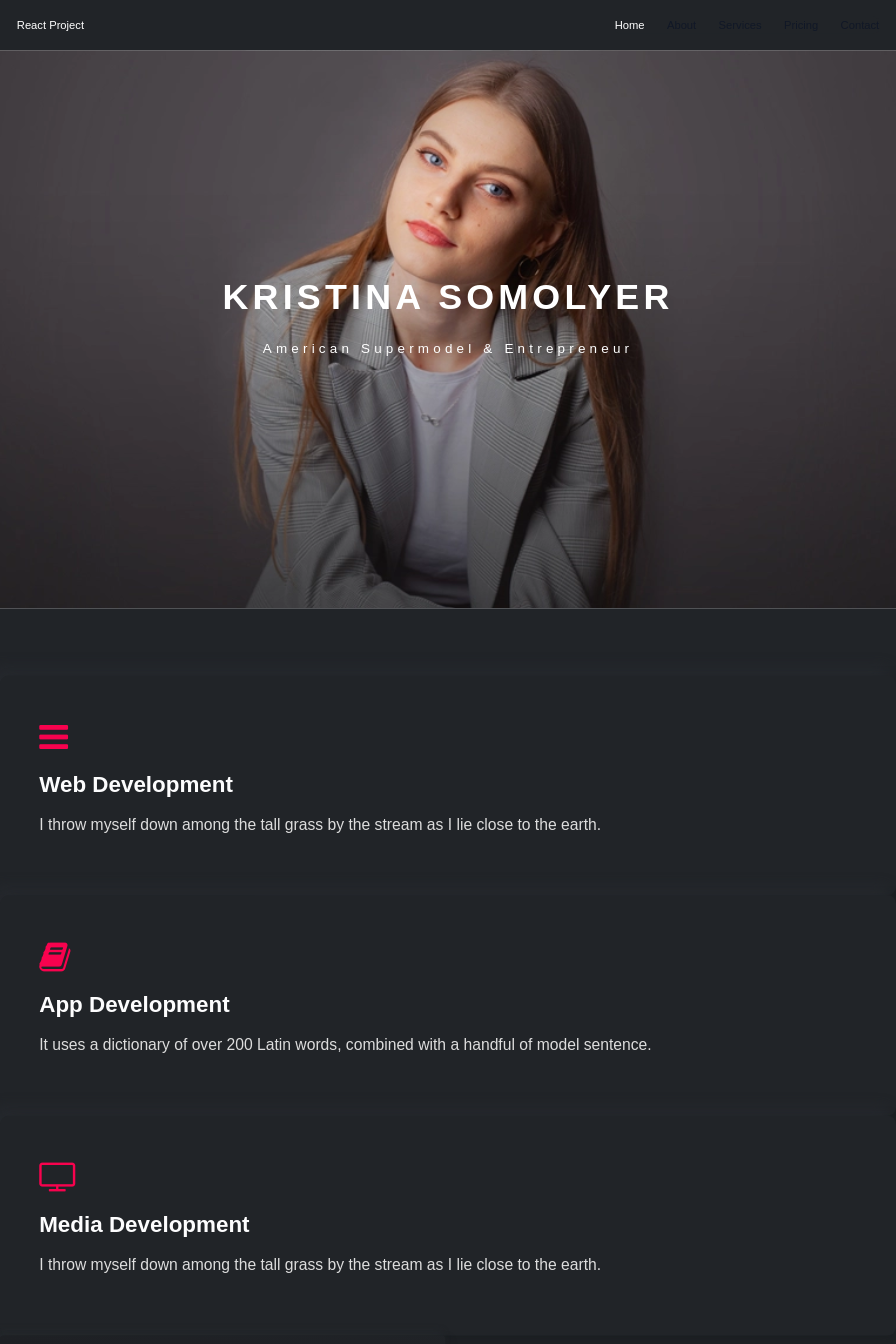
Repository: arminprogramme/inbio
Page: /
An editor plug-in stored every save of this project. The page is shown before and after the next save, followed by the edit.
The browser window is 1280 px wide. The pictures show the part of the page from y = 0 to 1920 px (the page is 3022 px tall before and 720 px after), at 70% of full size.
Some web libraries are served in a nearby version. The project was rebuilt for these pictures with package versions that can differ from the ones it lists, and the page was loaded fresh each time. Also part of the build but not shown: vite.config.js, src/Component/Body/PortFolio/Portfolio.css, src/Component/Body/PortFolio/PortFolio.jsx.

Above is the page before, as saved 2023-10-20 05:31:28.

### index.html
<!doctype html>
<html lang="en">

<head>
    <meta charset="UTF-8" />
    <link rel="icon" type="image/svg+xml" href="/vite.svg" />
    <link rel="stylesheet" href="https://cdnjs.cloudflare.com/ajax/libs/font-awesome/4.7.0/css/font-awesome.min.css">
    <link href="https://cdnjs.cloudflare.com/ajax/libs/flowbite/1.8.1/flowbite.min.css" rel="stylesheet" />
    <meta name="viewport" content="width=device-width, initial-scale=1.0" />
    <title>Vite + React</title>
</head>

<body>
    <div id="root"></div>
    <script src="https://cdnjs.cloudflare.com/ajax/libs/flowbite/1.8.1/flowbite.min.js"></script>
    <script type="module" src="/src/main.jsx"></script>
</body>

</html>

### src/App.jsx
import   { Component } from 'react';
import LandingPage from './Component/LandingPage.jsx'
import './App.css'

class App extends Component {


  render() {
    return (
    <div>
      <LandingPage />
    </div>
    );
  }


}

export default App;

### src/index.css
:root {
    font-family: Inter, system-ui, Avenir, Helvetica, Arial, sans-serif;
}

a {
    font-weight: 500;
    color: #646cff;
    text-decoration: inherit;
}

* {
    padding: 0;
    margin: 0;
    box-sizing: border-box;
}

@tailwind base;
@tailwind components;
@tailwind utilities;
a:hover {
    color: #535bf2;
}

body {
    margin: 0;
    font-family: 'Vazir', sans-serif;
}

h1 {
    font-size: 3.2em;
    line-height: 1.1;
}

@media (prefers-color-scheme: light) {
     :root {
        color: #213547;
        background-color: #ffffff;
    }
    a:hover {
        color: #747bff;
    }
    button {
        background-color: #f9f9f9;
    }
}

### src/Component/LandingPage.jsx
import  { Component } from 'react';
import Header from './Header/Header.jsx'
import Body from './Body/Body.jsx'
//import Footer from './Footer/Footer.jsx'
class LandingPage extends Component {
    render() {
        return (
            <div>
                <Header/>
                <Body/>

            </div>
        );
    }
}

export default LandingPage;

### src/Component/Header/Header.jsx
import  { Component } from 'react';
import NavBar from './Navbar.jsx'
import './Header.css'
class Header extends Component {
    render() {
        return (
            <div>
                <NavBar/>
                <div className="banner-header text-center">
                    <h1 className='font-bold text-white'>KRISTINA SOMOLYER</h1>
                    <p>American Supermodel & Entrepreneur</p>
                </div>
            </div>
        );
    }
}

export default Header;

### src/Component/Body/Body.jsx
import  { Component } from 'react';
import Services from './Services/Services.jsx'
import About from './About/About.jsx'
import PortFolio from './PortFolio/PortFolio.jsx'
import './Body.css'
class Body extends Component {
    render() {
        return (
            <>
            <div className='black-bg  '>
                <div className="limit-width">
                    <Services/>
                    <About/>
                </div>
                <div className="limit-width">


                </div>
            </div>
            </>
        );
    }
}

export default Body;

### src/Component/Header/Navbar.jsx
import  { Component } from 'react';

class Navbar extends Component {
    render() {
        return (
            <div>

<nav className=" black-bg">
  <div className=" flex flex-wrap items-center justify-between mx-auto p-6">
    <a href="https://.com/" className="flex items-center">
       <h2 className='text-white'>React Project</h2>
    </a>
    <button data-collapse-toggle="navbar-default" type="button"  className="inline-flex items-center p-2 w-10 h-10 justify-center text-sm text-white rounded-lg md:hidden " aria-controls="navbar-default" aria-expanded="false">
    <i className="fa fa-bars text-white"></i>

    </button>
    <div className="hidden w-full md:block md:w-auto" id="navbar-default">
      <ul className="font-medium flex flex-col p-4 md:p-0 mt-4 border border-gray-100 rounded-lg text-white md:flex-row md:space-x-8 md:mt-0 md:border-0 black-bg">
        <li>
          <a href="#" className="block py-2 pl-3 pr-4 text-white md:hover:text-gray-700 dark:text-white md:dark:hover:text-gray-500 rounded md:bg-transparent md:p-0 " aria-current="page">Home</a>
        </li>
        <li>
          <a href="#" className="block py-2 pl-3 pr-4 text-gray-900 rounded hover:bg-gray-100 md:hover:bg-transparent md:border-0 md:hover:text-gray-700 md:p-0 dark:text-white md:dark:hover:text-gray-500 dark:hover:bg-gray-700 dark:hover:text-white md:dark:hover:bg-transparent">About</a>
        </li>
        <li>
          <a href="#" className="block py-2 pl-3 pr-4 text-gray-900 rounded md:hover:text-gray-700 md:p-0 dark:text-white md:dark:hover:text-gray-500 dark:hover:bg-gray-700 dark:hover:text-white md:dark:hover:bg-transparent">Services</a>
        </li>
        <li>
          <a href="#" className="block py-2 pl-3 pr-4 text-gray-900 rounded hover:bg-gray-100 md:hover:bg-transparent md:border-0 md:hover:text-gray-700 md:p-0 dark:text-white md:dark:hover:text-gray-500 dark:hover:bg-gray-700 dark:hover:text-white md:dark:hover:bg-transparent">Pricing</a>
        </li>
        <li>
          <a href="#" className="block py-2 pl-3 pr-4 text-gray-900 rounded hover:bg-gray-100 md:hover:bg-transparent md:border-0md:hover:text-gray-700 md:p-0 dark:text-white md:dark:hover:text-gray-500 dark:hover:bg-gray-700 dark:hover:text-white md:dark:hover:bg-transparent">Contact</a>
        </li>
      </ul>
    </div>
  </div>
</nav>

            </div>
        );
    }
}

export default Navbar;

### src/Component/Header/Header.css
.black-bg {
    background-color: #212428;
}

.banner-header {
    background-image: url(../../../bg-image-12.webp);
    background-position: center;
    background-size: cover;
    padding: 20.25rem 0;
}

.banner-header h1 {
    letter-spacing: 6px;
    font-size: 3.2rem;
}

.banner-header p {
    letter-spacing: 6px;
    font-size: 1.2rem;
    padding: 2rem 0;
    color: #fff;
}

### src/Component/Body/Services/Services.jsx
import  { Component } from 'react';
import ServicesItem from './ServicesItem.jsx'
import './Services.css'
class Services extends Component {

    constructor(props){
        super(props)

        this.state = {
            services : [
                {id : 1 , icon : 'red-color fa fa-bars' , title : 'Web Development' , text : 'I throw myself down among the tall grass by the stream as I lie close to the earth.'},
                {id : 2 , icon : 'red-color fa fa-book' , title : 'App Development' , text : 'It uses a dictionary of over 200 Latin words, combined with a handful of model sentence.'},
                {id : 3 , icon : 'red-color fa fa-television' , title : 'Media Development' , text : 'I throw myself down among the tall grass by the stream as I lie close to the earth.'},
            ]
        }
    }
    render() {
        return (
            <div>
              <div className="grid  grid-cols-1 lg:grid-cols-3 gap-10">
              {this.state.services.map(services => {
                return <ServicesItem key={services.id} {...services} />
               })}
              </div>
            </div>
        );
    }
}

export default Services;

### src/Component/Body/About/About.jsx
import  { Component } from 'react';
import ButtonSpecial from '../Buttons/ButtonSpecial.jsx'
import   './About.css'
class About extends Component {

    constructor(props){
        super(props)

        this.state= {
            title : 'Download My CV'
        }
    }
    render() {
        return (
            <div>
                <div className="about-container my-52 grid grid-cols-1 lg:grid-cols-2 gap-2">
                    <div className="img-about">
                        <div className="inner-img-about">
                            <img src="about-5.webp" className='rounded' alt="" />
                        </div>
                    </div>
                    <div className="content-about">
                        <h5 className='red-color'>VISIT MY PORTFOLIO & HIRE ME</h5>
                        <h2>About Me</h2>
                        <p>Lorem ipsum dolor sit amet, consectetur adipisicing elit. Eum in eos saepe ipsa cupiditate accusantium voluptatibus quidem nam, reprehenderit, et necessitatibus adipisci labore sit veritatis vero tempore sequi at sed facere dolore. Quae obcaecati ius quasi doloribus illum minus fugit.</p>
                        <p>Lorem ipsum dolor sit amet, consectetur adipisicing elit. Eum in eos saepe ipsa cupiditate accusantium voluptatibus quidem nam, reprehenderit,</p>

                       <div className="mx-2 my-8 button-about">
                       <ButtonSpecial title={this.state.title}/>
                       </div>
                    </div>
                </div>
            </div>
        );
    }
}

export default About;

### src/Component/Body/Body.css
.limit-width {
    max-width: 1450px;
    padding: 6rem 0;
    margin: auto;
}

.girl-bg {
    background-image: url(../../../bg-image-8.webp);
    padding: 20em;
    background-attachment: fixed;
    background-size: cover;
    width: 100%;
    background-position: center;
    margin-bottom: 5rem;
}

### src/Component/Body/Services/ServicesItem.jsx
import { Component } from 'react';

class ServicesItem extends Component {
    render() {
        return (
            <div className='services-item'>
                <div className="icon-services">
                    <i className={this.props.icon}></i>
                </div>
                <div className="content-services">
                <h2 className='font-bold'>{this.props.title}</h2>
                <p>{this.props.text}</p>
                </div>
            </div>
        );
    }
}

export default ServicesItem;

### src/Component/Body/Services/Services.css
.icon-services i {
    font-size: 3rem;
}

.red-color {
    color: #f8024e;
}

.content-services {
    padding: 1.2rem 0;
    color: #FDFDFE;
}

.content-services h2 {
    font-size: 2rem;
    padding-bottom: 1rem;
}

.content-services p {
    line-height: 2.25rem;
    font-size: 1.4rem;
}

.services-item {
    border-radius: 12px;
    transition: 0.5s!important;
    padding: 4rem 3.5rem;
    background: #212428;
    box-shadow: 10px 10px 20px #1b1e21, -10px -10px 20px #272a2f;
    -webkit-transition: 0.5s!important;
    -moz-transition: 0.5s!important;
    -ms-transition: 0.5s!important;
    -o-transition: 0.5s!important;
    cursor: pointer;
}

.services-item:hover {
    border-radius: 12px;
    transform: translateY(-1.2rem);
    transition: 0.5s!important;
    background: linear-gradient(145deg, #23272b, #16171a);
    box-shadow: 10px 10px 13px #1b1e21, -10px -10px 13px #272a2f;
    -webkit-transition: 0.5s!important;
    -moz-transition: 0.5s!important;
    -ms-transition: 0.5s!important;
    -o-transition: 0.5s!important;
    -webkit-transform: translateY(-1.2rem);
    -moz-transform: translateY(-1.2rem);
    -ms-transform: translateY(-1.2rem);
    -o-transform: translateY(-1.2rem);
}

### src/Component/Body/Buttons/ButtonSpecial.jsx
import  { Component } from 'react';
import   './Buttons.css'
class ButtonSpecial extends Component {
    render() {
        return (
           <button className='sp-button red-color'>{this.props.title}</button>
        );
    }
}

export default ButtonSpecial;

### src/Component/Body/About/About.css
.img-about {
    padding: 1.9rem;
    border-radius: 5px;
    background: linear-gradient(145deg, #1e2024, #23272b);
    box-shadow: 5px 5px 10px #1d1f23, -5px -5px 10px #25292d;
    max-width: 100%;
}

.inner-img-about {
    border-radius: 10px;
    background: #212428;
    box-shadow: 5px 5px 10px #17191c, -5px -5px 10px #2b2f34;
    -webkit-border-radius: 10px;
    -moz-border-radius: 10px;
    -ms-border-radius: 10px;
    -o-border-radius: 10px;
    width: 100%;
    height: auto;
    border-radius: 5px;
    overflow: hidden;
}

.inner-img-about img {
    width: 100%;
    border-radius: 5px!important;
    -webkit-border-radius: 5px!important;
    -moz-border-radius: 5px!important;
    -ms-border-radius: 5px!important;
    transition: 0.5s ease;
    -o-border-radius: 5px!important;
}

.inner-img-about img:hover {
    transform: scale(1.1);
    /*zoomintheimageupto30%*/
    cursor: pointer;
    -webkit-transform: scale(1.1);
    -moz-transform: scale(1.1);
    -ms-transform: scale(1.1);
    -o-transform: scale(1.1);
}

.content-about {
    margin: 5.5rem 1.5rem;
}

.content-about h2,
p {
    color: #ddd;
}

.content-about h2 {
    font-size: 4rem;
    padding: 1rem 0;
    font-weight: bold;
}

.content-about p {
    font-size: 1.25rem;
    padding: 0.9rem;
}

### src/Component/Body/Buttons/Buttons.css
.sp-button {
    border-radius: 5px;
    background: linear-gradient(145deg, #1e2024, #23272b);
    box-shadow: 5px 5px 10px #17191c, -5px -5px 10px #2b2f34;
    padding: 1rem 2rem;
    font-size: 1.3rem;
    -webkit-border-radius: 5px;
    -moz-border-radius: 5px;
    letter-spacing: 2px;
    -ms-border-radius: 5px;
    transition: 0.3s;
    -o-border-radius: 5px;
    -webkit-transition: 0.3s;
    -moz-transition: 0.3s;
    -ms-transition: 0.3s;
    -o-transition: 0.3s;
}

.sp-button:hover {
    transition: 0.3s;
    border-radius: 5px;
    transform: translateY(-3px);
    background: linear-gradient(145deg, #23272b, #1e2024);
    box-shadow: 5px 5px 10px #17191c, -5px -5px 10px #2b2f34;
    -webkit-border-radius: 5px;
    -moz-border-radius: 5px;
    -ms-border-radius: 5px;
    -o-border-radius: 5px;
    -webkit-transition: 0.3s;
    -moz-transition: 0.3s;
    -ms-transition: 0.3s;
    -o-transition: 0.3s;
    -webkit-transform: translateY(-3px);
    -moz-transform: translateY(-3px);
    -ms-transform: translateY(-3px);
    -o-transform: translateY(-3px);
}

Loaded but not shown: src/main.jsx (common file); src/App.css (common file)

After the next save:
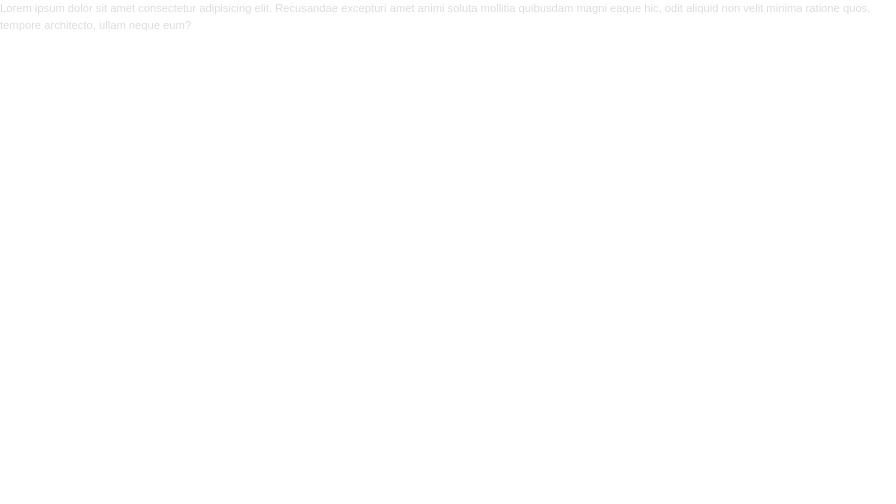
Saved 8 min 56 s later.
--- a/src/Component/LandingPage.jsx
+++ b/src/Component/LandingPage.jsx
@@ -6,8 +6,7 @@ class LandingPage extends Component {
     render() {
         return (
             <div>
-                <Header/>
-                <Body/>
+               <p>Lorem ipsum dolor sit amet consectetur adipisicing elit. Recusandae excepturi amet animi soluta mollitia quibusdam magni eaque hic, odit aliquid non velit minima ratione quos, tempore architecto, ullam neque eum?</p>
 
             </div>
         );
